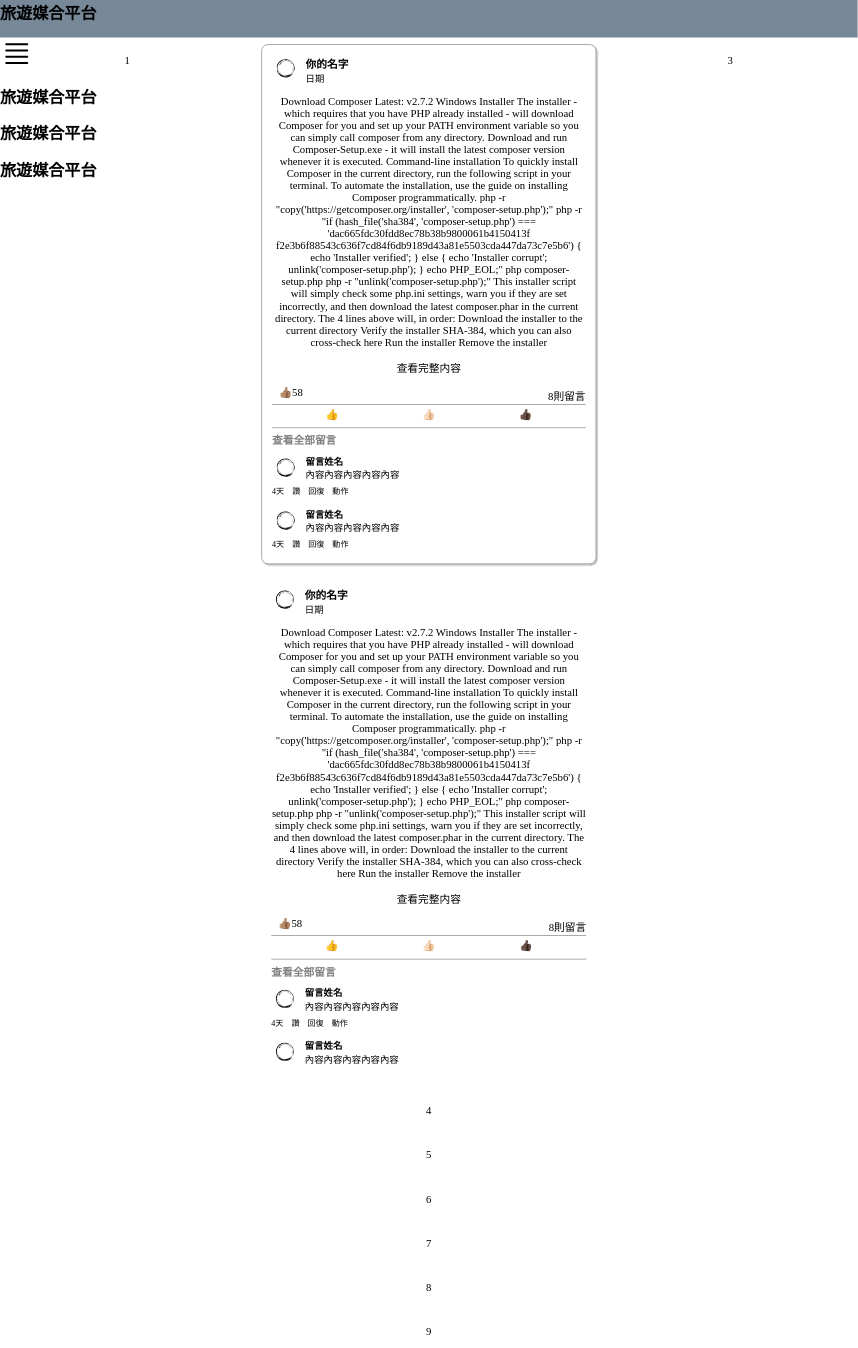
Repository: yuchiyang123/index_view
Page: http://localhost/
An editor plug-in stored every save of this project. The page is shown before and after the next save, followed by the edit.
The browser window is 1280 px wide. The pictures show the whole page, at 67% of full size.
The page is run by PHP 8.4 with error messages shown; the project is at /var/www/html/.

Above is the page before, as saved 2024-03-27 16:48:31.

### index.php
<style>

body {
    display: block;
    margin: 0; /* 设置 margin 为 0 */
}
.grid-container {

  display: grid;
  grid-template-columns: auto 500px auto;
  grid-template-rows:auto;
  grid-gap: 10px;
  grid-template-areas:
    "A B C";

}

.grid-item {
    padding: 15px;
    text-align: center;

}
.cut{
    border: 1px solid gray;
    border-radius: 10px;
    box-shadow: 2px 2px 2px rgba(0, 0, 0, 0.3);
}
.first{
    grid-area: A;
    min-height: 800px;
}
.end{
    grid-area: C;
}
.mid{
    grid-area: B;

    grid-gap: 10px;
}
.limt{
    min-height: 350px;
}
.inner-grid {
    display: inline-grid;
    width: 30%;
    transition: background-color 0.3s;
    padding-top: 5px;
    padding-bottom: 10px;
    text-align: center;
}
.inner-grid:hover {
    background-color: rgba(128, 128, 128, 0.4);
}
.line{
    border-top: 1px solid gray;
    border-bottom: 1px solid gray;
}
.respond{

    padding-bottom: 8px;
    text-align: left;
    padding-left:10px;
}
.respond > div {
    display: inline-block;
}
.message{
    text-align: right;
}
.respond, .message {
    display: inline-block;
}
.container {
    display: flex;
    justify-content: space-between;
    align-items: center;
}

.popup {
    display: none;
    position: fixed;
    top: 50%;
    left: 50%;
    transform: translate(-50%, -50%);
    width: 500px;
    padding: 20px;
    background-color: #fff;
    z-index: 9998;
    max-width: 500px;
    max-height: 800px;
    overflow-y: auto;

}

.trigger a {
    cursor: pointer;
}

.blur-background {
    filter: blur(0px);
}
.box{

}
.imgsize{
    width: 40px;
    height: auto;

}

.image-container {
    float: left;
    margin-right: 10px;
}

.text-container {
    overflow: hidden;
}
.user{

    text-align: left;
    font-weight: bold;

}
.date{
    font-size: 14px;
    text-align: left;
}
a{
    text-decoration: none;
    color: black;
}
.overlay {
    display: none;
    position: fixed;
    top: 0;
    left: 0;
    width: 100%;
    height: 100%;
    background-color: rgba(0, 0, 0, 0.5);
    z-index: 9997;
  }
  .SeeAllMessage{
    padding-top: 5px;
    text-align: left;
  }
  .SeeAllMessage a{
    text-align: left;
    color: gray;
    font-weight: bold;
  }
  .LeaveMessage{
    margin-top: 10px;
    padding-bottom : 5px;

  }

  .LeaveMessageall{
    border-radius: 5px;
    display: block;

  }
  .LeaveMessageUsernameIMG{
    width: 40px;
    height: auto;
    background-color:#ffffff;
    padding-bottom: 6px;

  }
  .LeaveMessageimgdiv{
    float: left;
    margin-right: 10px;
    display: block;
  }
  .LeaveMessageUsername{
    text-align: left;
    font-size: 14px;
    font-weight: bold;
  }
  .LeaveMessageMain{
    text-align: left;
    font-size: 14px;
    padding-bottom: 6px;

  }
  .LeaveMessageAction{
    font-size: 12px;
    text-align: left;
  }
</style>
<html>
<body>
<?php
    include('header.php');
?>
  <div id="box" class="box">
    <div class="grid-container">

      <div class="grid-item"><div class="first">1</div></div>
      <div class="grid-item"><div class="end">3</div></div>
        <div class="mid">
        <div class="cut">
          <div class="grid-item">
            <div class="limt">
            <div class="image-container">
                <img src="img/2-1.png" class="imgsize">
                        </div>
                <div class="text-container">
                    <div class="user"><a href="#"><div><a href="#">你的名字</a></div></a></div>
                    <div class="date"><div><a href="#">日期</a></div></div>
                </div>
                <div class="clearfix"></div>
                <p class="main">
                Download Composer Latest: v2.7.2
                    Windows Installer
                    The installer - which requires that you have PHP already installed - will download Composer for you and set up your PATH environment variable so you can simply call composer from any directory.

                    Download and run Composer-Setup.exe - it will install the latest composer version whenever it is executed.

                    Command-line installation
                    To quickly install Composer in the current directory, run the following script in your terminal. To automate the installation, use the guide on installing Composer programmatically.

                    php -r "copy('https://getcomposer.org/installer', 'composer-setup.php');"
                    php -r "if (hash_file('sha384', 'composer-setup.php') === 'dac665fdc30fdd8ec78b38b9800061b4150413f
                    f2e3b6f88543c636f7cd84f6db9189d43a81e5503cda447da73c7e5b6') { echo 'Installer verified'; } else { echo 'Installer corrupt'; unlink('composer-setup.php'); } echo PHP_EOL;"
                    php composer-setup.php
                    php -r "unlink('composer-setup.php');"
                    This installer script will simply check some php.ini settings, warn you if they are set incorrectly, and then download the latest composer.phar in the current directory. The 4 lines above will, in order:

                    Download the installer to the current directory
                    Verify the installer SHA-384, which you can also cross-check here
                    Run the installer
                    Remove the installer<div class="trigger"><a href="#">查看完整内容</a></div>
                </p>
                <div class="container">
                    <div class="respond"><a href="#">👍🏽</a><div><a href="#">58</a></div></div>
                    <div class="message"><div><a href="#">8則留言</a></div></div>
                </div>
                <div class="line">
                    <div class="inner-grid">👍</div>
                    <div class="inner-grid">👍🏻</div>
                    <div class="inner-grid">👍🏿</div>
                </div>
                <div class="SeeAllMessage"><a href="#">查看全部留言</a></div>
                <div class="LeaveMessage">
                    <div><a href="#"></a></div>
                    <div>
                        <div class="LeaveMessageimgdiv">
                            <img src="img/2-1.png" class="LeaveMessageUsernameIMG">
                        </div>
                        <div class="LeaveMessageall">
                            <div class="LeaveMessageUsername">
                                留言姓名
                            </div>
                            <div class="LeaveMessageMain">
                                內容內容內容內容內容
                            </div>
                            <div class="LeaveMessageAction">
                                <a href="#">4天</a>&emsp;<a href="#">讚</a>&emsp;<a href="#">回復</a>&emsp;<a href="#">動作</a>
                            </div>
                        </div>

                    </div>
                </div>
                <div class="LeaveMessage">
                    <div><a href="#"></a></div>
                    <div>
                        <div class="LeaveMessageimgdiv">
                            <img src="img/2-1.png" class="LeaveMessageUsernameIMG">
                        </div>
                        <div class="LeaveMessageall">
                            <div class="LeaveMessageUsername">
                                留言姓名
                            </div>
                            <div class="LeaveMessageMain">
                                內容內容內容內容內容
                            </div>
                            <div class="LeaveMessageAction">
                                <a href="#">4天</a>&emsp;<a href="#">讚</a>&emsp;<a href="#">回復</a>&emsp;<a href="#">動作</a>
                            </div>
                        </div>

                    </div>
                </div>
            </div>
            </div>
        </div><br>
        <div class="mid">
          <div class="grid-item">
            <div class="limt">
            <div class="image-container">
                <img src="img/2-1.png" class="imgsize">
                        </div>
                <div class="text-container">
                    <div class="user"><a href="#"><div><a href="#">你的名字</a></div></a></div>
                    <div class="date"><div><a href="#">日期</a></div></div>
                </div>
                <div class="clearfix"></div>
                <p class="main">
                Download Composer Latest: v2.7.2
                    Windows Installer
                    The installer - which requires that you have PHP already installed - will download Composer for you and set up your PATH environment variable so you can simply call composer from any directory.

                    Download and run Composer-Setup.exe - it will install the latest composer version whenever it is executed.

                    Command-line installation
                    To quickly install Composer in the current directory, run the following script in your terminal. To automate the installation, use the guide on installing Composer programmatically.

                    php -r "copy('https://getcomposer.org/installer', 'composer-setup.php');"
                    php -r "if (hash_file('sha384', 'composer-setup.php') === 'dac665fdc30fdd8ec78b38b9800061b4150413f
                    f2e3b6f88543c636f7cd84f6db9189d43a81e5503cda447da73c7e5b6') { echo 'Installer verified'; } else { echo 'Installer corrupt'; unlink('composer-setup.php'); } echo PHP_EOL;"
                    php composer-setup.php
                    php -r "unlink('composer-setup.php');"
                    This installer script will simply check some php.ini settings, warn you if they are set incorrectly, and then download the latest composer.phar in the current directory. The 4 lines above will, in order:

                    Download the installer to the current directory
                    Verify the installer SHA-384, which you can also cross-check here
                    Run the installer
                    Remove the installer<div class="trigger"><a href="#">查看完整内容</a></div>
                </p>
                <div class="container">
                    <div class="respond"><a href="#">👍🏽</a><div><a href="#">58</a></div></div>
                    <div class="message"><div><a href="#">8則留言</a></div></div>
                </div>
                <div class="line">
                    <div class="inner-grid">👍</div>
                    <div class="inner-grid">👍🏻</div>
                    <div class="inner-grid">👍🏿</div>
                </div>
                <div class="SeeAllMessage"><a href="#">查看全部留言</a></div>
                <div class="LeaveMessage">
                    <div><a href="#"></a></div>
                    <div>
                        <div class="LeaveMessageimgdiv">
                            <img src="img/2-1.png" class="LeaveMessageUsernameIMG">
                        </div>
                        <div class="LeaveMessageall">
                            <div class="LeaveMessageUsername">
                                留言姓名
                            </div>
                            <div class="LeaveMessageMain">
                                內容內容內容內容內容
                            </div>
                            <div class="LeaveMessageAction">
                                <a href="#">4天</a>&emsp;<a href="#">讚</a>&emsp;<a href="#">回復</a>&emsp;<a href="#">動作</a>
                            </div>
                        </div>

                    </div>
                </div>
                <div class="LeaveMessage">
                    <div><a href="#"></a></div>
                    <div><div class="LeaveMessageimgdiv"><img src="img/2-1.png" class="LeaveMessageUsernameIMG"></div><div class="LeaveMessageUsername">留言姓名</div><div class="LeaveMessageMain">內容內容內容內容內容</div></div>
                </div>
            </div>
        </div><br>
          <div class="grid-item">4</div><br>
          <div class="grid-item">5</div><br>
          <div class="grid-item">6</div><br>
          <div class="grid-item">7</div><br>
          <div class="grid-item">8</div><br>
          <div class="grid-item">9</div>
          <div class="overlay" id="overlay"></div>
          <div id="popup" class="popup">
          <div class="mid">
        <div class="cut">
          <div class="grid-item">
            <div class="limt">
            <div class="image-container">
                <img src="img/2-1.png" class="imgsize">
                        </div>
                <div class="text-container">
                    <div class="user"><a href="#"><div><a href="#">你的名字</a></div></a></div>
                    <div class="date"><div><a href="#">日期</a></div></div>
                </div>
                <div class="clearfix"></div>
                <p class="main">
                Download Composer Latest: v2.7.2
                    Windows Installer
                    The installer - which requires that you have PHP already installed - will download Composer for you and set up your PATH environment variable so you can simply call composer from any directory.

                    Download and run Composer-Setup.exe - it will install the latest composer version whenever it is executed.

                    Command-line installation
                    To quickly install Composer in the current directory, run the following script in your terminal. To automate the installation, use the guide on installing Composer programmatically.

                    php -r "copy('https://getcomposer.org/installer', 'composer-setup.php');"
                    php -r "if (hash_file('sha384', 'composer-setup.php') === 'dac665fdc30fdd8ec78b38b9800061b4150413f
                    f2e3b6f88543c636f7cd84f6db9189d43a81e5503cda447da73c7e5b6') { echo 'Installer verified'; } else { echo 'Installer corrupt'; unlink('composer-setup.php'); } echo PHP_EOL;"
                    php composer-setup.php
                    php -r "unlink('composer-setup.php');"
                    This installer script will simply check some php.ini settings, warn you if they are set incorrectly, and then download the latest composer.phar in the current directory. The 4 lines above will, in order:

                    Download the installer to the current directory
                    Verify the installer SHA-384, which you can also cross-check here
                    Run the installer
                    Remove the installer<div class="trigger"><a href="#">查看完整内容</a></div>
                </p>
                <div class="container">
                    <div class="respond"><a href="#">👍🏽</a><div><a href="#">58</a></div></div>
                    <div class="message"><div><a href="#">8則留言</a></div></div>
                </div>
                <div class="line">
                    <div class="inner-grid">👍</div>
                    <div class="inner-grid">👍🏻</div>
                    <div class="inner-grid">👍🏿</div>
                </div>
                <div class="SeeAllMessage"><a href="#">查看全部留言</a></div>
                <div class="LeaveMessage">
                    <div><a href="#"></a></div>
                    <div>
                        <div class="LeaveMessageimgdiv">
                            <img src="img/2-1.png" class="LeaveMessageUsernameIMG">
                        </div>
                        <div class="LeaveMessageall">
                            <div class="LeaveMessageUsername">
                                留言姓名
                            </div>
                            <div class="LeaveMessageMain">
                                內容內容內容內容內容
                            </div>
                            <div class="LeaveMessageAction">
                                <a href="#">4天</a>&emsp;<a href="#">讚</a>&emsp;<a href="#">回復</a>&emsp;<a href="#">動作</a>
                            </div>
                        </div>

                    </div>
                </div>
                <div class="LeaveMessage">
                    <div><a href="#"></a></div>
                    <div>
                        <div class="LeaveMessageimgdiv">
                            <img src="img/2-1.png" class="LeaveMessageUsernameIMG">
                        </div>
                        <div class="LeaveMessageall">
                            <div class="LeaveMessageUsername">
                                留言姓名
                            </div>
                            <div class="LeaveMessageMain">
                                內容內容內容內容內容
                            </div>
                            <div class="LeaveMessageAction">
                                <a href="#">4天</a>&emsp;<a href="#">讚</a>&emsp;<a href="#">回復</a>&emsp;<a href="#">動作</a>
                            </div>
                        </div>

                    </div>
                </div>
                <div class="LeaveMessage">
                    <div><a href="#"></a></div>
                    <div>
                        <div class="LeaveMessageimgdiv">
                            <img src="img/2-1.png" class="LeaveMessageUsernameIMG">
                        </div>
                        <div class="LeaveMessageall">
                            <div class="LeaveMessageUsername">
                                留言姓名
                            </div>
                            <div class="LeaveMessageMain">
                                內容內容內容內容內容
                            </div>
                            <div class="LeaveMessageAction">
                                <a href="#">4天</a>&emsp;<a href="#">讚</a>&emsp;<a href="#">回復</a>&emsp;<a href="#">動作</a>
                            </div>
                        </div>

                    </div>
                </div><div class="LeaveMessage">
                    <div><a href="#"></a></div>
                    <div>
                        <div class="LeaveMessageimgdiv">
                            <img src="img/2-1.png" class="LeaveMessageUsernameIMG">
                        </div>
                        <div class="LeaveMessageall">
                            <div class="LeaveMessageUsername">
                                留言姓名
                            </div>
                            <div class="LeaveMessageMain">
                                內容內容內容內容內容
                            </div>
                            <div class="LeaveMessageAction">
                                <a href="#">4天</a>&emsp;<a href="#">讚</a>&emsp;<a href="#">回復</a>&emsp;<a href="#">動作</a>
                            </div>
                        </div>

                    </div>
                </div>
                <div class="LeaveMessage">
                    <div><a href="#"></a></div>
                    <div>
                        <div class="LeaveMessageimgdiv">
                            <img src="img/2-1.png" class="LeaveMessageUsernameIMG">
                        </div>
                        <div class="LeaveMessageall">
                            <div class="LeaveMessageUsername">
                                留言姓名
                            </div>
                            <div class="LeaveMessageMain">
                                內容內容內容內容內容
                            </div>
                            <div class="LeaveMessageAction">
                                <a href="#">4天</a>&emsp;<a href="#">讚</a>&emsp;<a href="#">回復</a>&emsp;<a href="#">動作</a>
                            </div>
                        </div>

                    </div>
                </div>
            </div>
            </div>
        </div><br>
            <!--div class="close"><a href="#">关闭</a></div-->
        </div>
        </div>


        </div>
    </div>
  </div>
  <script>
    var overlay = document.getElementById('overlay');
    var trigger = document.querySelector('.trigger a');
    var popup = document.getElementById('popup');
    var header = document.querySelector('.header');
    trigger.addEventListener('click', function(event) {
        event.preventDefault();
        popup.style.display = 'block';
        header.style.backgroundColor = 'rgba(0, 0, 0, 0.000001)';
        overlay.style.display = 'block';
        popup.style.border = '1px solid gray';
        popup.style.boxShadow = '0px 0px 15px rgba(0, 0, 0, 0.7)';
        /*
        document.body.classList.add('blur-background');
        popup.style.filter = 'none';// 移除 body 元素的模糊效果*/
    });
    var closeBtn = document.querySelector('.close a');
    /*
    closeBtn.addEventListener('click', function(event) {
        event.preventDefault();
        popup.style.display = 'none';
        popup.style.boxShadow = 'none';
    });
    */
    overlay.addEventListener('click', function(event) {
        event.preventDefault();
        event.stopPropagation();
        popup.style.display = 'none';
        overlay.style.display = 'none' ;
        popup.style.boxShadow = 'none';
        header.style.backgroundColor = '#ffffff';
    });
  </script>
</body>
</html>

### header.php
<script type="module" src="https://unpkg.com/ionicons@7.1.0/dist/ionicons/ionicons.esm.js"></script>
<script nomodule src="https://unpkg.com/ionicons@7.1.0/dist/ionicons/ionicons.js"></script>
<style>
   .header {
    position: sticky; /* 将标题栏固定在容器内 */
    top: 0; /* 将标题栏固定在容器的顶部 */
    z-index: 9999; /* 确保标题栏位于其他内容的上层 */
    /* 其他样式，例如背景颜色、文本样式等 */
    grid-area: header;
    background-color: lightslategray;
    width: 100%; /* 设置标题栏的宽度为100%，使其填满整个屏幕 */
    height: 56px;
    margin-bottom: 10px;
    box-sizing: border-box;
}
ion-icon {
  font-size: 50px;
}
</style>
<header class="header">
    <div>
        <h2>旅遊媒合平台</h2>
    </div>
    <div>
        <ion-icon name="reorder-four-outline"></ion-icon>
    </div>
    <div>
        <h2>旅遊媒合平台</h2>
    </div>
    <div>
        <h2>旅遊媒合平台</h2>
    </div>
    <div>
        <h2>旅遊媒合平台</h2>
    </div>
</header>

After the next save:
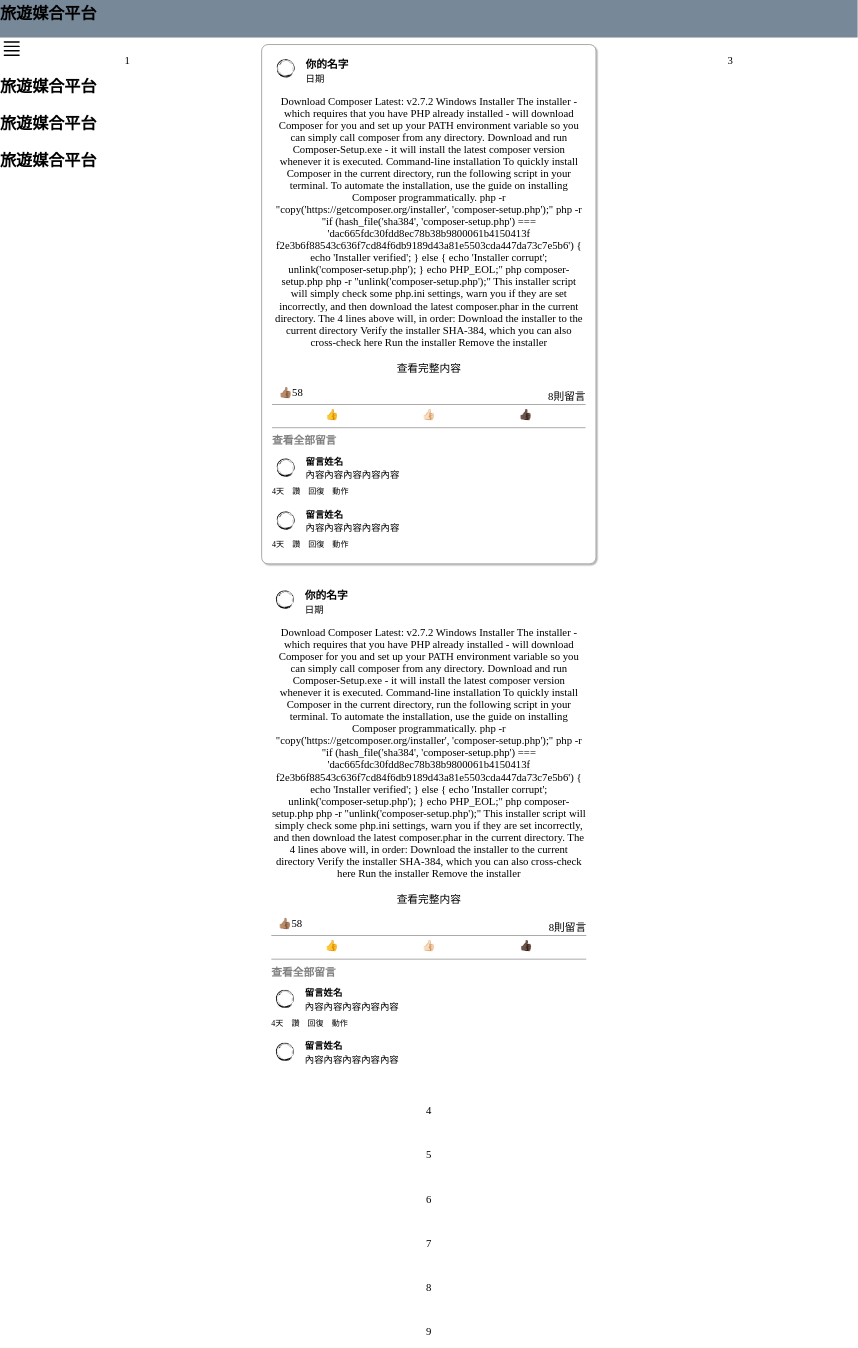
Saved 8 s later.
--- a/header.php
+++ b/header.php
@@ -14,7 +14,7 @@
     box-sizing: border-box;
 }
 ion-icon {
-  font-size: 50px;
+  font-size: 35px;
 }
 </style>
 <header class="header">
